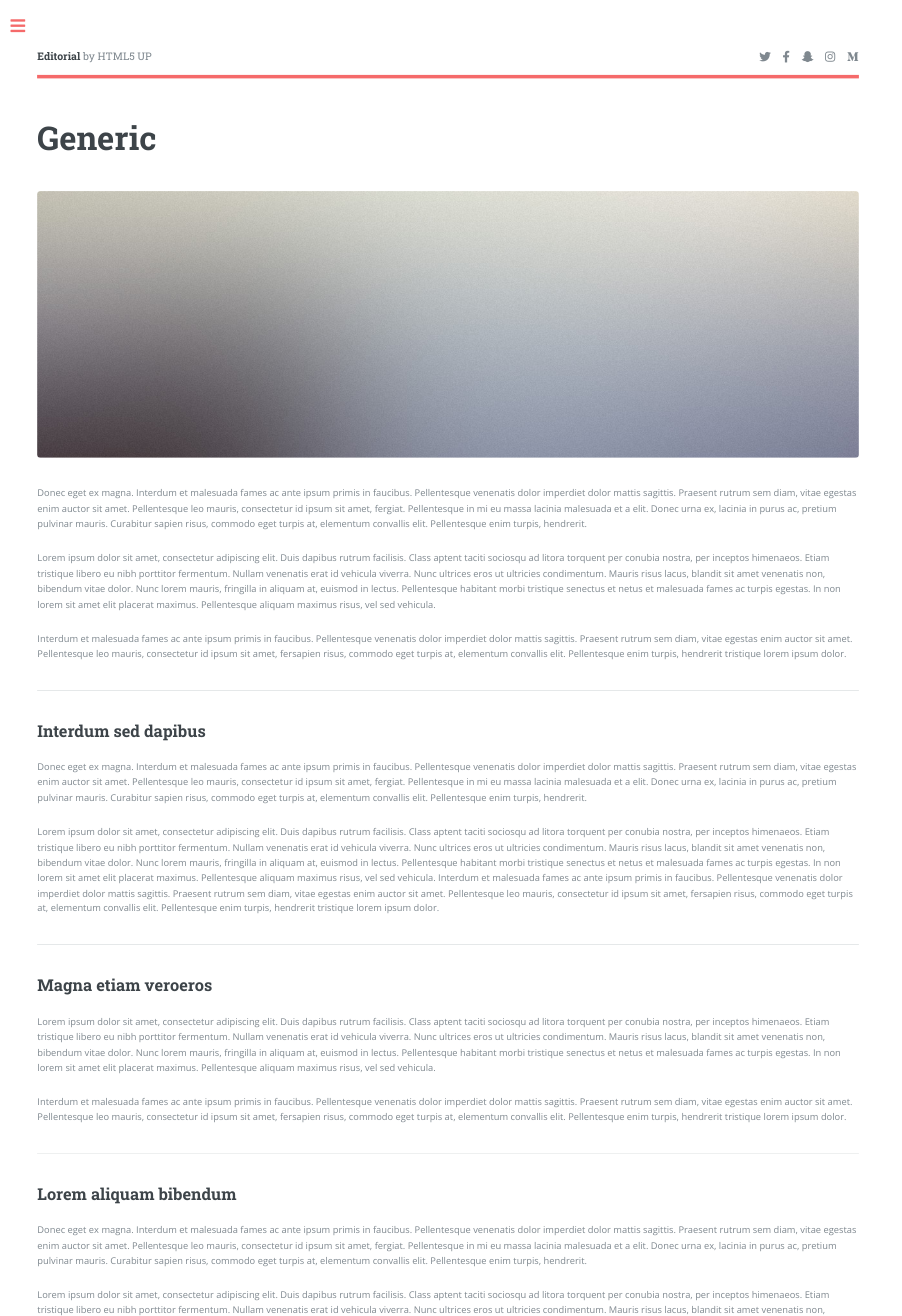
Repository: noCountJun/blog
Page: http://localhost/blogProject2/WEB-INF/views/board/bootTest.jsp
These files come from the project's save history. The page is drawn as it stood at one moment and after the next save; the edit follows.
The browser window is 1280 px wide. The page is 1280 px wide, then 1288 px, so the pictures cover 1288 px, including what lies to the right of the window. The pictures show the part of the page from y = 0 to 1880 px (the page is 1982 px tall before and 2975 px after), at 70% of full size.
The page is served by Tomcat 9. Nobody is signed in. The template is opened directly, without the code that normally fills it, so the values that code supplies are empty.

Above is the page before, as saved 2019-08-20 04:24:03.

After the next save:
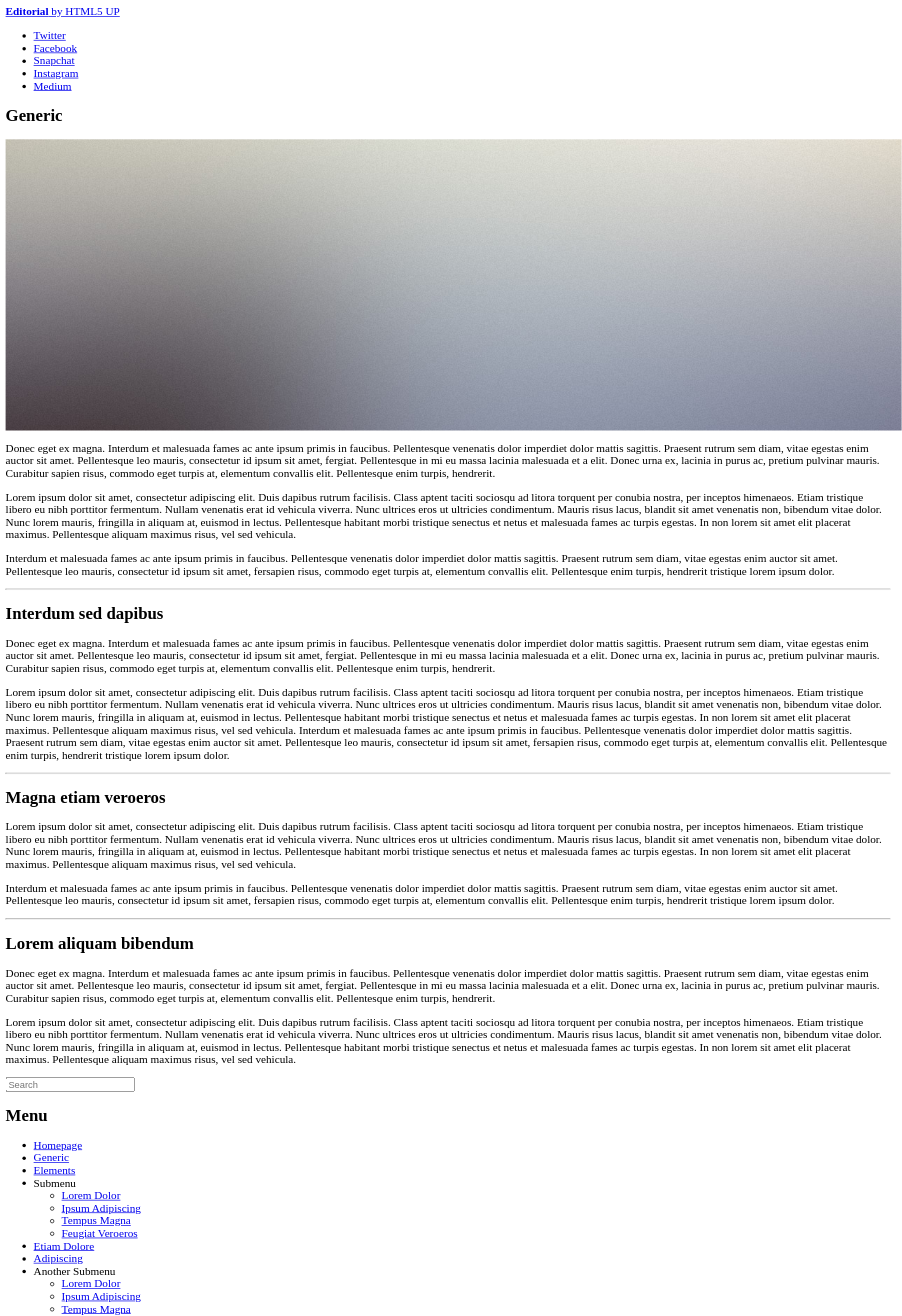
Saved 9 s later.
--- a/blogProject2/src/main/webapp/WEB-INF/views/board/bootTest.jsp
+++ b/blogProject2/src/main/webapp/WEB-INF/views/board/bootTest.jsp
@@ -2,18 +2,7 @@
 <%@ taglib uri="http://java.sun.com/jsp/jstl/core" prefix="c" %>
 <%@ page session="false" %>
 
-<!DOCTYPE HTML>
-<!--
-	Editorial by HTML5 UP
-	html5up.net | @ajlkn
-	Free for personal and commercial use under the CCA 3.0 license (html5up.net/license)
--->
-	<head>
-		<title>Generic - Editorial by HTML5 UP</title>
-		<meta charset="utf-8" />
-		<meta name="viewport" content="width=device-width, initial-scale=1, user-scalable=no" />
-		<link rel="stylesheet" href="/resources/assets/css/main.css" />
-	</head>
+
 	<body class="is-preload">
 
 		<!-- Wrapper -->
